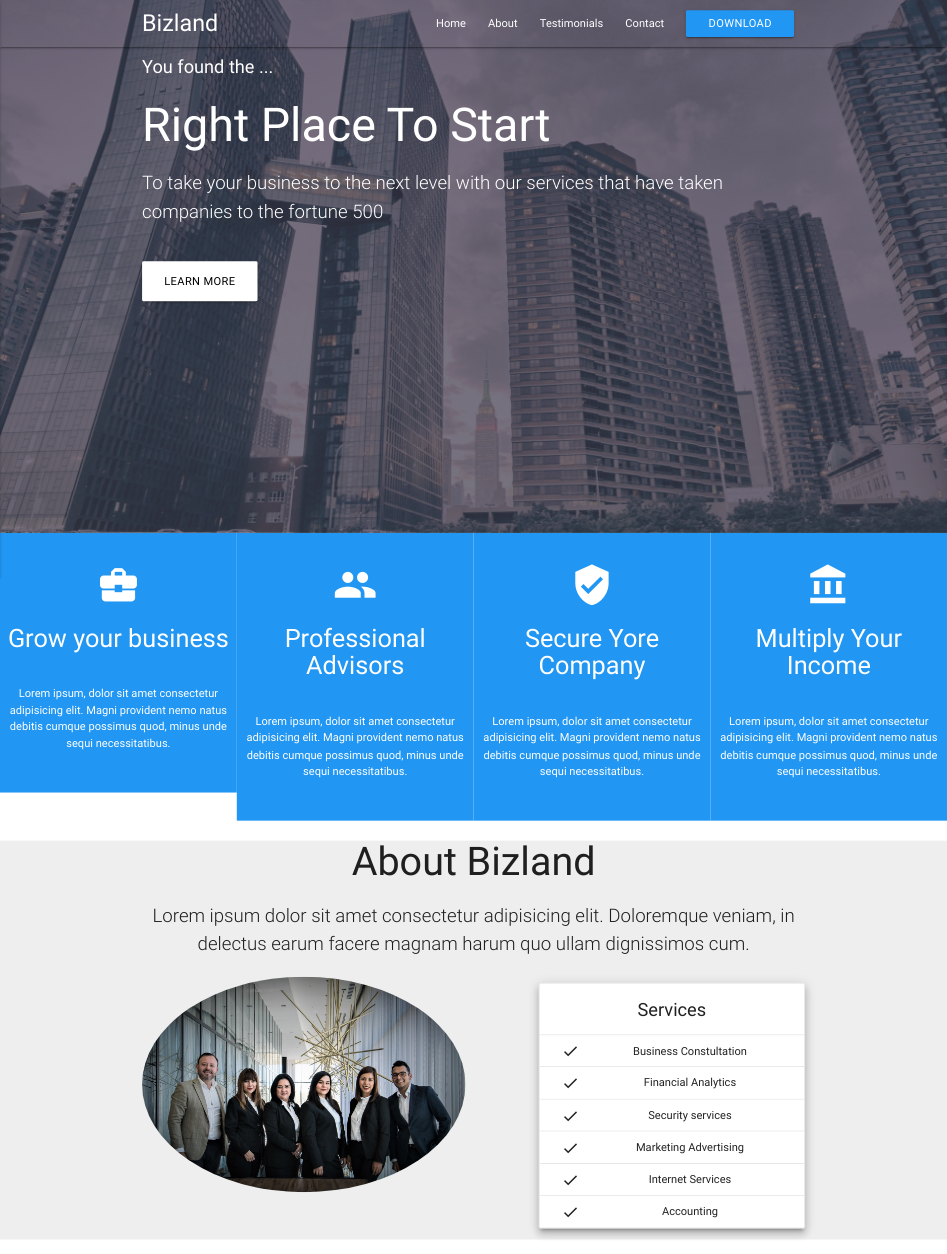
Repository: farrdy/bizland
Page: index.html
An editor plug-in stored every save of this project. The page is shown before and after the next save, followed by the edit.
The browser window is 1280 px wide. The pictures show the whole page, at 74% of full size.
Some web libraries are served in a nearby version.

Above is the page before, as saved 2020-01-05 13:47:14.

### index.html
<!DOCTYPE html>
<html>
  <head>
    <!--Import Google Icon Font-->
    <link
      href="https://fonts.googleapis.com/icon?family=Material+Icons"
      rel="stylesheet"
    />
    <!--Import materialize.css-->
    <link
      type="text/css"
      rel="stylesheet"
      href="css/materialize.min.css"
      media="screen,projection"
    />
    <link type="text/css" rel="stylesheet" href="css/main.css" />
    <!--Let browser know website is optimized for mobile-->
    <meta name="viewport" content="width=device-width, initial-scale=1.0" />
    <title>Bizland Theme</title>
  </head>

  <body>
    <header class="main-header">
      <div class="primary-overlay">
        <div class="navbar-fixed">
          <nav class="transparent">
            <div class="container">
              <div class="nav-wrapper">
                <a href="#home" class="brand-logo">Bizland</a>
                <a href="#" class="button-collapse" data-activates="mobile-nav">
                  <i class="material-icons">menu</i>
                </a>
                <ul class=" right hide-on-med-and-down">
                  <li>
                    <a href="#home">Home</a>
                  </li>
                  <li>
                    <a href="#about">About</a>
                  </li>
                  <li>
                    <a href="#testimonials">Testimonials</a>
                  </li>
                  <li>
                    <a href="#contact">Contact</a>
                  </li>
                  <li>
                    <a href="#" class="btn blue">Download</a>
                  </li>
                </ul>
              </div>
            </div>
          </nav>
        </div>
        <ul class="side-nav" id="mobile-nav">
          <h4 class="blue-grey darken-3  center">
            Bizland
          </h4>
          <li>
            <a href="#" class="devider"></a>
          </li>
          <li>
            <a href="#home">Home</a>
          </li>
          <li>
            <a href="#about">About</a>
          </li>
          <li>
            <a href="#testimonials">Testimonials</a>
          </li>
          <li>
            <a href="#contact">Contact</a>
          </li>
        </ul>

        <!-- showcase -->
        <div class="showcase container">
          <div class="row">
            <div class="col s12 main-text">
              <h5>You found the ...</h5>
              <h1>Right Place To Start</h1>
              <p class="flow-text">
                To take your business to the next level with our services that
                have taken companies to the fortune 500
              </p>
              <br />
              <a href="" class="btn btn-large white black-text">Learn More</a>
              <a href="#about" class="white-text"
                ><i class="material-icons medium scroll-icon">
                  arrow_drop_down_circle
                </i></a
              >
            </div>
          </div>
        </div>
      </div>
    </header>
    <section class="section-boxes center">
      <div class="row">
        <div class="col s12 m6 l3 blue white-text box">
          <i class="material-icons medium">business_center</i>
          <h4>Grow your business</h4>
          <p>
            Lorem ipsum, dolor sit amet consectetur adipisicing elit. Magni
            provident nemo natus debitis cumque possimus quod, minus unde sequi
            necessitatibus.
          </p>
        </div>
        <div class="col s12 m6 l3 blue white-text box">
          <i class="material-icons medium">people</i>
          <h4>Professional Advisors</h4>
          <p>
            Lorem ipsum, dolor sit amet consectetur adipisicing elit. Magni
            provident nemo natus debitis cumque possimus quod, minus unde sequi
            necessitatibus.
          </p>
        </div>
        <div class="col s12 m6 l3 blue white-text box">
          <i class="material-icons medium">verified_user</i>
          <h4>Secure Yore Company</h4>
          <p>
            Lorem ipsum, dolor sit amet consectetur adipisicing elit. Magni
            provident nemo natus debitis cumque possimus quod, minus unde sequi
            necessitatibus.
          </p>
        </div>
        <div class="col s12 m6 l3 blue white-text box">
          <i class="material-icons medium">account_balance</i>
          <h4>Multiply Your Income</h4>
          <p>
            Lorem ipsum, dolor sit amet consectetur adipisicing elit. Magni
            provident nemo natus debitis cumque possimus quod, minus unde sequi
            necessitatibus.
          </p>
        </div>
      </div>
    </section>
    <!-- Section: About -->

    <section class="section-about grey lighten-3 center">
      <div class="container">
        <h2>About Bizland</h2>
        <p class="flow-text">
          Lorem ipsum dolor sit amet consectetur adipisicing elit. Doloremque
          veniam, in delectus earum facere magnam harum quo ullam dignissimos
          cum.
        </p>
        <div class="row">
          <div class="col s12 m6">
            <img src="img/people.jpg" alt="" class="responsive-img circle" />
          </div>
          <div class="col s12 m5 offset-m1">
            <ul class="collection with-header z-depth-4">
              <li class="collection-header">
                <h5>Services</h5>
              </li>
              <li class="collection-item">
                <i class="material-icons left">check</i>
                Business Constultation
              </li>
              <li class="collection-item">
                <i class="material-icons left">check</i>
                Financial Analytics
              </li>
              <li class="collection-item">
                <i class="material-icons left">check</i>
                Security services
              </li>
              <li class="collection-item">
                <i class="material-icons left">check</i>
                Marketing Advertising
              </li>
              <li class="collection-item">
                <i class="material-icons left">check</i>
                Internet Services
              </li>
              <li class="collection-item">
                <i class="material-icons left">check</i>
                Accounting
              </li>
            </ul>
          </div>
        </div>
      </div>
    </section>

    <!--Import jQuery before materialize.js-->
    <script
      type="text/javascript"
      src="https://code.jquery.com/jquery-3.2.1.min.js"
    ></script>
    <script type="text/javascript" src="js/materialize.min.js"></script>
    <script>
      $(document).ready(function() {
        $(".button-collapse").sideNav();

        //scrollfire
        const options = [
          {
            selector: ".main-text",
            offset: 0,
            callback: function(el) {
              Materialize.fadeInImage($(el));
            }
          }
        ];

        Materialize.scrollFire(options);
      });
    </script>
  </body>
</html>

### css/main.css
.primary-overlay {
  background: rgba(63, 57, 77, 0.7);
  position: absolute;
  top: 0;
  left: 0;
  width: 100%;
  height: 100%;
  overflow: hidden;
}

.main-header {
  background: url(../img/showcase.jpg);
  background-size: cover;
  background-position: center;
  height: 100vh;
  min-height: 600px;
  color: #fff;
  position: relative;
}

.main-hedare .showcase {
  padding-top: 110px;
}

.scroll-icon {
  position: absolute;
  bottom: 5%;
  left: 47%;
  opacity: 0.5%;
}

.box {
  padding: 40px 10px !important;
}

.box h4 {
  padding-bottom: 30px;
}

.section-boxes .row {
  margin-bottom: 0 !important;
}

@media (max-width: 600px) {
  .main-header {
    height: 50vh;
  }
}

Loaded but not shown: css/materialize.min.css (library); js/materialize.min.js (library)

After the next save:
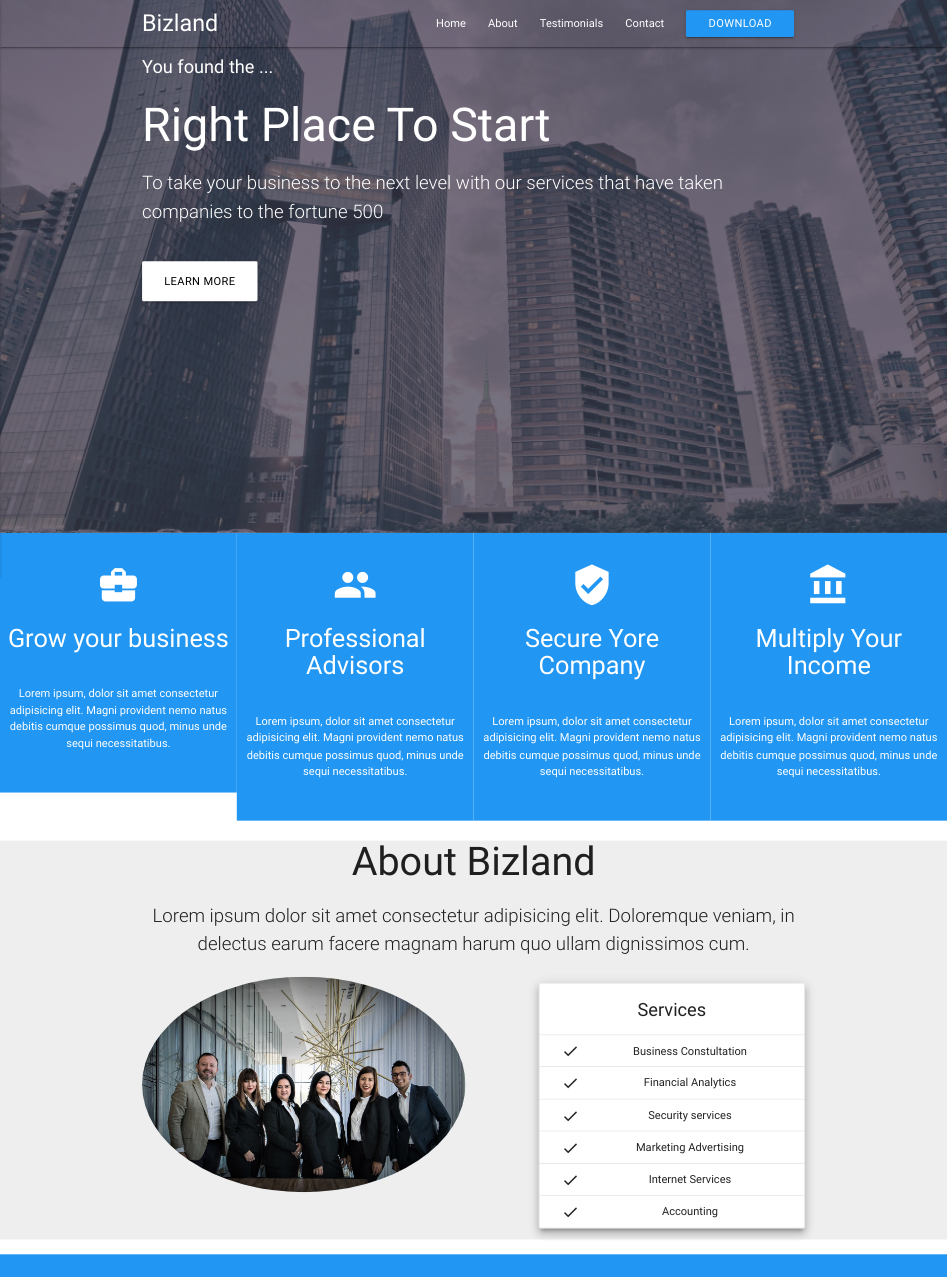
Saved 3 min 24 s later.
--- a/index.html
+++ b/index.html
@@ -182,6 +182,10 @@
         </div>
       </div>
     </section>
+    <!-- Section Testimonials -->
+    <section
+      class="section section-testimonials blue white-text center"
+    ></section>
 
     <!--Import jQuery before materialize.js-->
     <script
